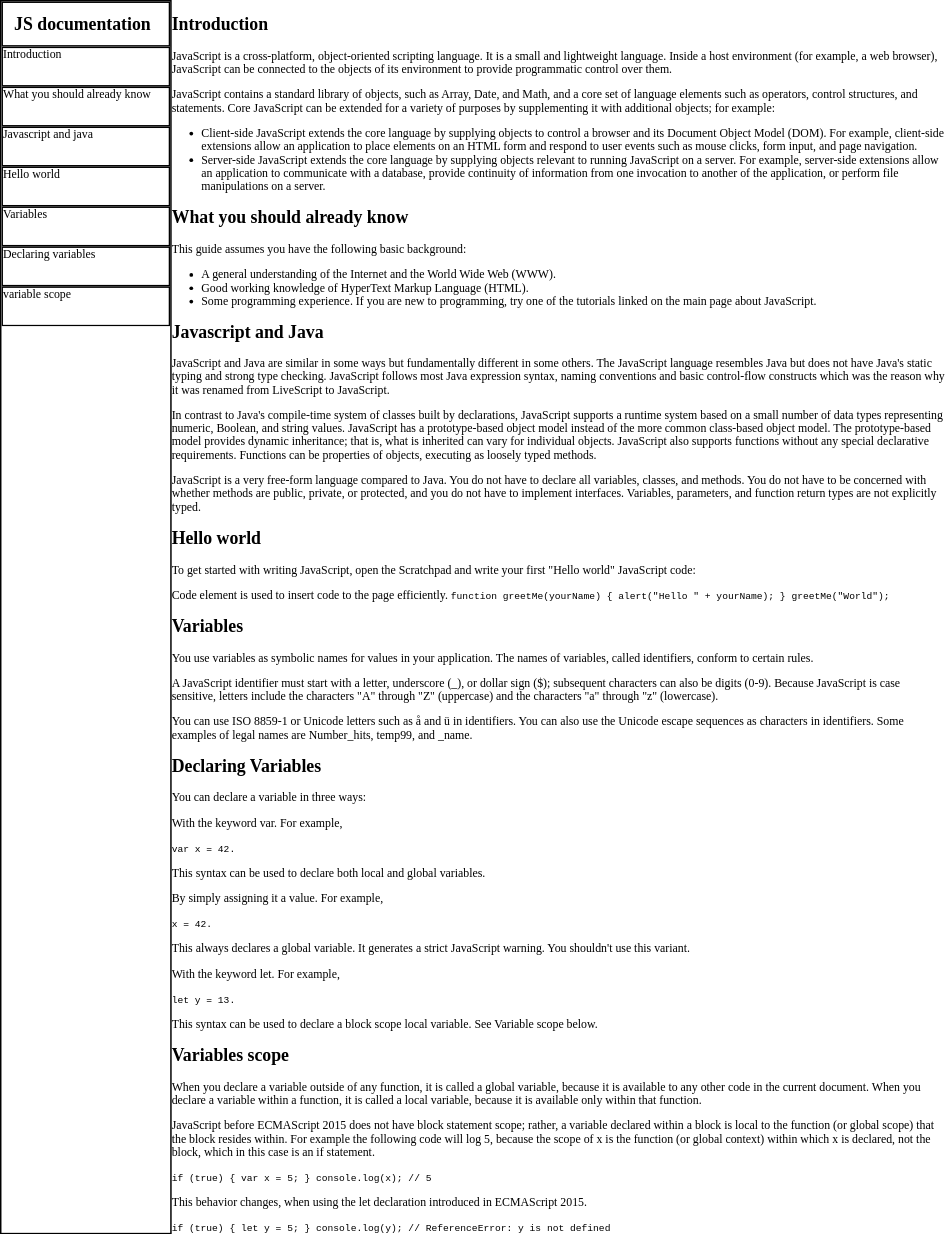
Repository: Pafestivo/Technical-documentation
Page: index.html
An editor plug-in stored every save of this project. The page is shown before and after the next save, followed by the edit.
The browser window is 1280 px wide. The pictures show the whole page, at 74% of full size.

Above is the page before, as saved 2022-09-07 13:17:27.

### index.html
<!DOCTYPE html>
<html lang="en">
<head>
    <meta charset="UTF-8">
    <meta name="viewport" content="width=device-width, initial-scale=1.0">
    <link rel="stylesheet" href="styles.css">
    <title>Technical Documentation Page</title>
</head>
<body>
  <nav id="navbar">
    <header>
      <h1>JS documentation</h1>
    </header>
    <ul>
      <li><a id="nav-link" href="#introduction">Introduction</a></li>
      <li><a id="nav-link" href="#what_you_should_already_know">What you should already know</a></li>
      <li><a id="nav-link" href="#javascript_and_Java">Javascript and java</a></li>
      <li><a id="nav-link" href="#hello_world">Hello world</a></li>
      <li><a id="nav-link" href="#variables">Variables</a></li>
      <li><a id="nav-link" href="#declaring_variables">Declaring variables</a></li>
      <li><a id="nav-link" href="#variable_scope">variable scope</a></li>
    </ul>
  </nav>
  <main id="main-doc">
    <section id="introduction" class="main-section">
      <h1>Introduction</h1>

      <p>JavaScript is a cross-platform, object-oriented scripting language. It is a small and lightweight language. Inside a host environment (for example, a web browser), JavaScript can be connected to the objects of its environment to provide programmatic control over them.</p>

      <p>JavaScript contains a standard library of objects, such as Array, Date, and Math, and a core set of language elements such as operators, control structures, and statements. Core JavaScript can be extended for a variety of purposes by supplementing it with additional objects; for example:</p>

      <ul>
        <li>Client-side JavaScript extends the core language by supplying objects to control a browser and its Document Object Model (DOM). For example, client-side extensions allow an application to place elements on an HTML form and respond to user events such as mouse clicks, form input, and page navigation.</li>
        <li>Server-side JavaScript extends the core language by supplying objects relevant to running JavaScript on a server. For example, server-side extensions allow an application to communicate with a database, provide continuity of information from one invocation to another of the application, or perform file manipulations on a server.</li>
      </ul>
    </section>

    <section id="what_you_should_already_know" class="main-section">
        <h1>What you should already know</h1>

        <p>This guide assumes you have the following basic background:</p>

        <ul>
          <li>A general understanding of the Internet and the World Wide Web (WWW).</li>
          <li>Good working knowledge of HyperText Markup Language (HTML).</li>
          <li>Some programming experience. If you are new to programming, try one of the tutorials linked on the main page about JavaScript.</li>
        </ul>
      </section>

      <section id="javascript_and_Java" class="main-section">
        <h1>Javascript and Java</h1>

        <p>JavaScript and Java are similar in some ways but fundamentally different in some others. The JavaScript language resembles Java but does not have Java's static typing and strong type checking. JavaScript follows most Java expression syntax, naming conventions and basic control-flow constructs which was the reason why it was renamed from LiveScript to JavaScript.</p>

        <p>In contrast to Java's compile-time system of classes built by declarations, JavaScript supports a runtime system based on a small number of data types representing numeric, Boolean, and string values. JavaScript has a prototype-based object model instead of the more common class-based object model. The prototype-based model provides dynamic inheritance; that is, what is inherited can vary for individual objects. JavaScript also supports functions without any special declarative requirements. Functions can be properties of objects, executing as loosely typed methods.</p>

        <p>JavaScript is a very free-form language compared to Java. You do not have to declare all variables, classes, and methods. You do not have to be concerned with whether methods are public, private, or protected, and you do not have to implement interfaces. Variables, parameters, and function return types are not explicitly typed.</p>
      </section>

      <section id="hello_world" class="main-section">
        <h1>Hello world</h1>
        <p>To get started with writing JavaScript, open the Scratchpad and write your first "Hello world" JavaScript code:</p>

        Code element is used to insert code to the page efficiently.
        <code>
            function greetMe(yourName) { alert("Hello " + yourName); }
            greetMe("World");
        </code>
      </section>

      <section id="variables" class="main-section">
        <h1>Variables</h1>

        <p>You use variables as symbolic names for values in your application. The names of variables, called identifiers, conform to certain rules.</p>

        <p>A JavaScript identifier must start with a letter, underscore (_), or dollar sign ($); subsequent characters can also be digits (0-9). Because JavaScript is case sensitive, letters include the characters "A" through "Z" (uppercase) and the characters "a" through "z" (lowercase).</p>

        <p>You can use ISO 8859-1 or Unicode letters such as å and ü in identifiers. You can also use the Unicode escape sequences as characters in identifiers. Some examples of legal names are Number_hits, temp99, and _name.</p>
      </section>

      <section id="declaring_variables" class="main-section">
        <h1>Declaring Variables</h1>

        <p>You can declare a variable in three ways:</p>

        <p>With the keyword var. For example,</p>
        <code>
            var x = 42.
        </code>

        <p>This syntax can be used to declare both local and global variables.</p>

        <p>By simply assigning it a value. For example,</p>
        <code>
            x = 42.
        </code>

        <p>This always declares a global variable. It generates a strict JavaScript warning. You shouldn't use this variant.</p>

        <p>With the keyword let. For example,</p>
        <code>
            let y = 13.
        </code>

        <p>This syntax can be used to declare a block scope local variable. See Variable scope below.</p>
      </section>

      <section id="variable_scope" class="main-section">
        <h1>Variables scope</h1>

        <p>When you declare a variable outside of any function, it is called a global variable, because it is available to any other code in the current document. When you declare a variable within a function, it is called a local variable, because it is available only within that function.</p>

        <p>JavaScript before ECMAScript 2015 does not have block statement scope; rather, a variable declared within a block is local to the function (or global scope) that the block resides within. For example the following code will log 5, because the scope of x is the function (or global context) within which x is declared, not the block, which in this case is an if statement.</p>
        <code>
            if (true) { var x = 5; } console.log(x); // 5
        </code>

        <p>This behavior changes, when using the let declaration introduced in ECMAScript 2015.</p>
        <code>
            if (true) { let y = 5; } console.log(y); // ReferenceError: y is
not defined
        </code>
  </main>

</body>
</html>

### styles.css
html {
  box-sizing: border-box;
  scroll-behavior: smooth;
}

body {
  display: flex;
  padding: 0;
  margin: 0;
}

/* Navigation bar  */
#navbar {
  width: 800px;
  border: 2px solid #000;
}

#navbar header {
}

#navbar header h1{
  margin: 0;
  padding: 15px;
  border: 2px solid #000;
}

#navbar ul {
  list-style: none;
  overflow: hidden;
  margin: 0;
  padding: 0;
}

#navbar ul li {

}

#navbar ul a {
  display: block;
  text-decoration: none;
  color: #000;
  height: 50px;
  border: 2px solid #000;
}

/* Navigation bar end  */

After the next save:
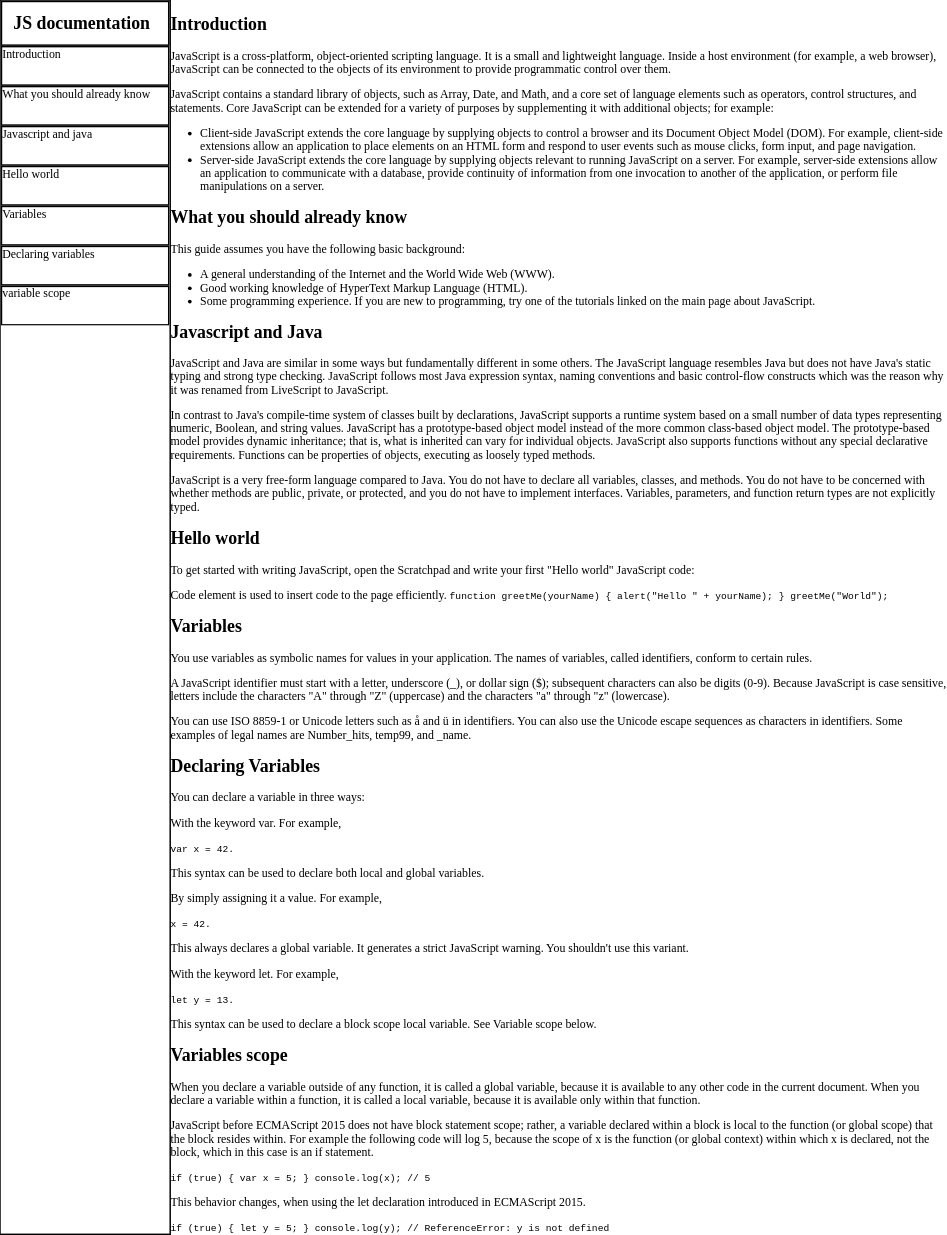
Saved 97 s later.
--- a/styles.css
+++ b/styles.css
@@ -13,6 +13,7 @@ body {
 #navbar {
   width: 800px;
   border: 2px solid #000;
+  margin: -1px;
 }
 
 #navbar header {
